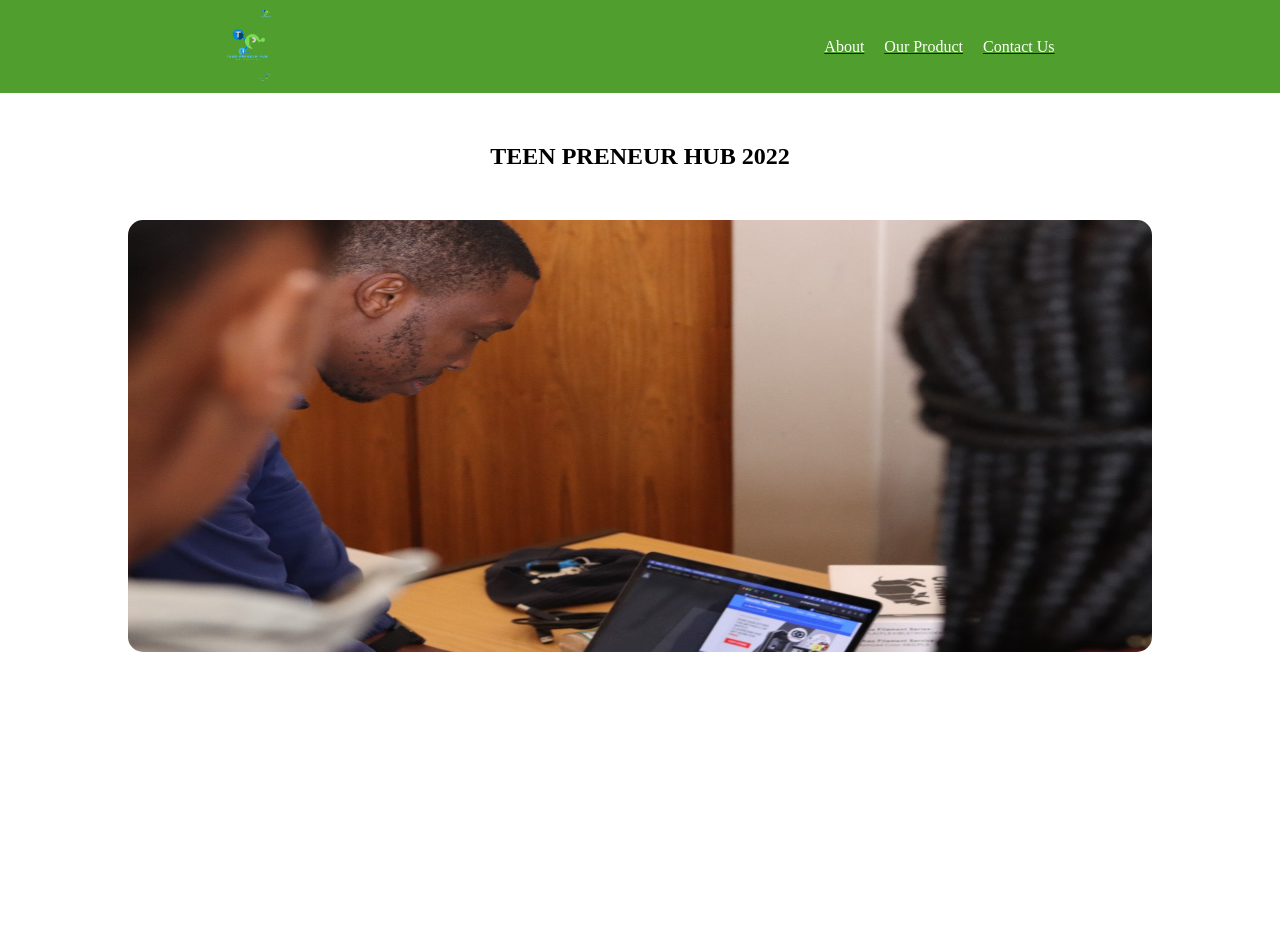
Repository: chadrackkyungu/4-BCT-TPH-Website
Page: index.html
The author's editor kept a copy of each file at every save. The page is drawn from the files as they stood at one save, then again after the next save.
The browser window is 1280 px wide. The pictures show the part of the page from y = 0 to 952 px (the page is 2781 px tall).
A picture or video elsewhere on the page could not be fetched, so the positions and the page height are approximate.

Above is the page before, as saved 2022-10-21 09:16:23.

After the next save:
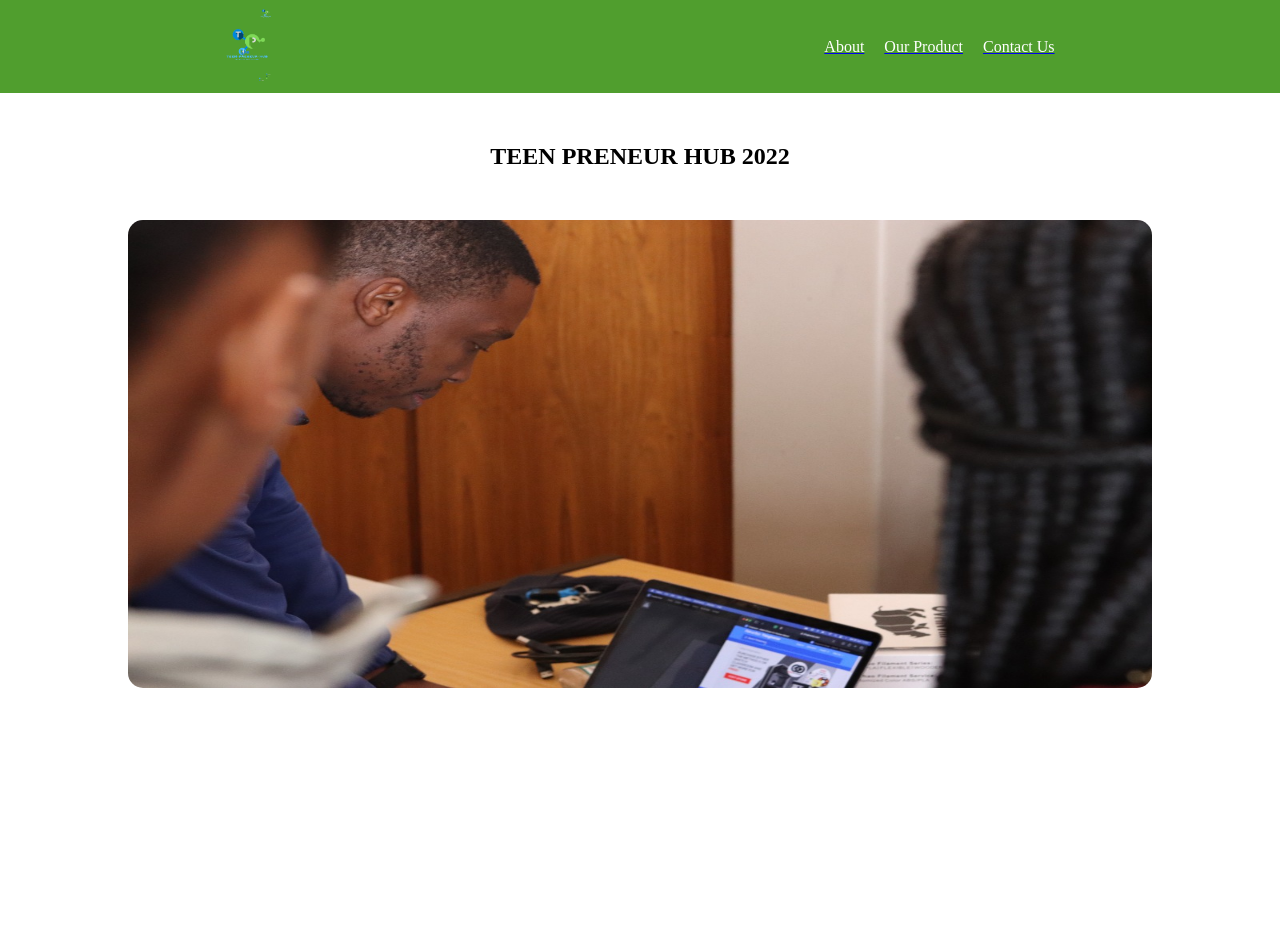
Saved 14 s later.
--- a/src/css/style.css
+++ b/src/css/style.css
@@ -58,7 +58,7 @@
 
 .image-container img {
     width: 100%;
-    height: 60% !important;
+    height: 65% !important;
 }
 
 .aboutcontainer {
